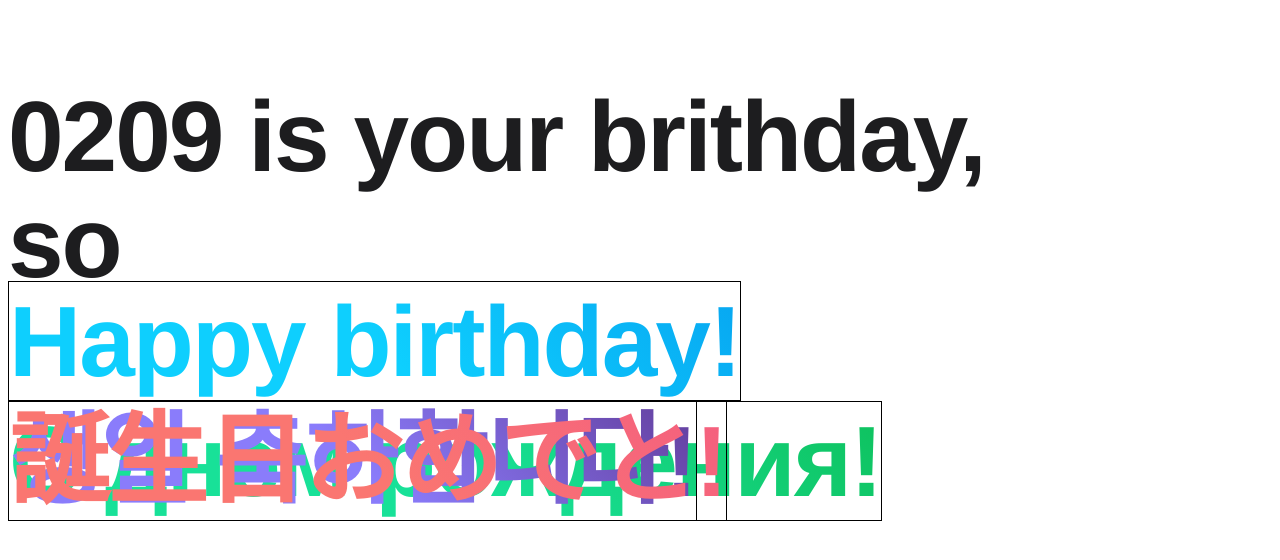
Repository: Caococos/02-09
Page: /
An editor plug-in stored every save of this project. The page is shown before and after the next save, followed by the edit.
The browser window is 1280 px wide. The pictures show the whole page.
The project was rebuilt for these pictures with package versions that can differ from the ones it lists, and the page was loaded fresh each time. Also part of the build but not shown: vue.config.js.

Above is the page before, as saved 2021-06-11 22:25:50.

### src/main.js
/*
 * @Descripttion:
 * @version: 1.0
 * @Author: Zhihaot1
 * @Date: 2021-06-11 21:03:51
 * @LastEditors: Zhihaot1
 * @LastEditTime: 2021-06-11 22:08:57
 */
import Vue from 'vue'
import App from './App.vue'
import router from './router'

Vue.config.productionTip = false
import "assets/css/index.css";
new Vue({
  router,
  render: h => h(App)
}).$mount('#app')

### src/App.vue
<!--
 * @Descripttion:
 * @version: 1.0
 * @Author: Zhihaot1
 * @Date: 2021-06-11 21:03:51
 * @LastEditors: Zhihaot1
 * @LastEditTime: 2021-06-11 21:30:25
-->
<template>
  <div id="app">
    <router-view />
  </div>
</template>

<style>
</style>

### src/router/index.js
/*
 * @Descripttion:
 * @version: 1.0
 * @Author: Zhihaot1
 * @Date: 2021-06-11 21:03:51
 * @LastEditors: Zhihaot1
 * @LastEditTime: 2021-06-11 21:34:08
 */
import Vue from 'vue'
import VueRouter from 'vue-router'
import Home from 'views/home/Home.vue'

Vue.use(VueRouter)

const routes = [
  {
    path: '',
    redirect: '/home'
  },
  {
    path: '/home',
    name: 'Home',
    component: Home
  },
  // {
  //   path: '/about',
  //   name: 'About',
  //   // route level code-splitting
  //   // this generates a separate chunk (about.[hash].js) for this route
  //   // which is lazy-loaded when the route is visited.
  //   component: () => import(/* webpackChunkName: "about" */ '../views/About.vue')
  // }
]

const router = new VueRouter({
  mode: 'history',
  base: process.env.BASE_URL,
  routes
})

export default router

### src/assets/css/index.css
:root {
  --offset: 6px;
}

### src/views/home/Home.vue
<template>
  <div class="home">
    <h2>0209 is your brithday, so
      <div class="mask">
        <span data-show>Happy birthday!</span>
        <span>С днем рождения!</span>
        <span>생일 축하합니다!</span>
        <span>誕生日おめでと!</span>
      </div>
    </h2>
  </div>
</template>

<script>

export default {
  name: 'Home',
  mounted() {
    // this.move()
  },
  methods: {
    move() {
      setInterval(function () {
        const show = document.querySelector('span[data-show]')
        const next = show.nextElementSibling || document.querySelector('span:first-child')
        const up = document.querySelector('span[data-up]')

        if (up) {
          up.removeAttribute('data-up')
        }
        show.removeAttribute('data-show')
        show.setAttribute('data-up', '')

        next.setAttribute('data-show', '')
      }, 2000)
    }
  }
}
</script>
<style scoped>
h2 {
  width: 980px;
  font-size: 100px;
  font-family: Helvetica;
  line-height: 1.06;
  letter-spacing: -0.02em;
  color: #1d1d1f;
}

.mask {
  margin-top: var(--offset);
  height: 106px;
  position: relative;
  /* overflow: hidden; */
}

.mask span {
  border: 1px solid #000;
  display: block;
  padding-top: var(--offset);
  padding-bottom: var(--offset);
  box-sizing: border-box;
  position: absolute;
  top: 100px;

  background-size: 100% 100%;
  -webkit-background-clip: text;
  background-clip: text;
  -webkit-text-fill-color: transparent;
  background-repeat: no-repeat;
}

.mask span[data-show] {
  transform: translateY(-100%);
  transition: 0.5s transform ease-in-out;
}

.mask span[data-up] {
  transform: translateY(-200%);
  transition: 0.5s transform ease-in-out;
}

.mask span:nth-child(1) {
  background-image: linear-gradient(45deg, #0ecffe 50%, #07a6f1);
}

.mask span:nth-child(2) {
  background-image: linear-gradient(45deg, #18e198 50%, #0ec15d);
}

.mask span:nth-child(3) {
  background-image: linear-gradient(45deg, #8a7cfb 50%, #633e9c);
}

.mask span:nth-child(4) {
  background-image: linear-gradient(45deg, #fa7671 50%, #f45f7f);
}
</style>

Loaded but not shown: public/index.html (common file)

After the next save:
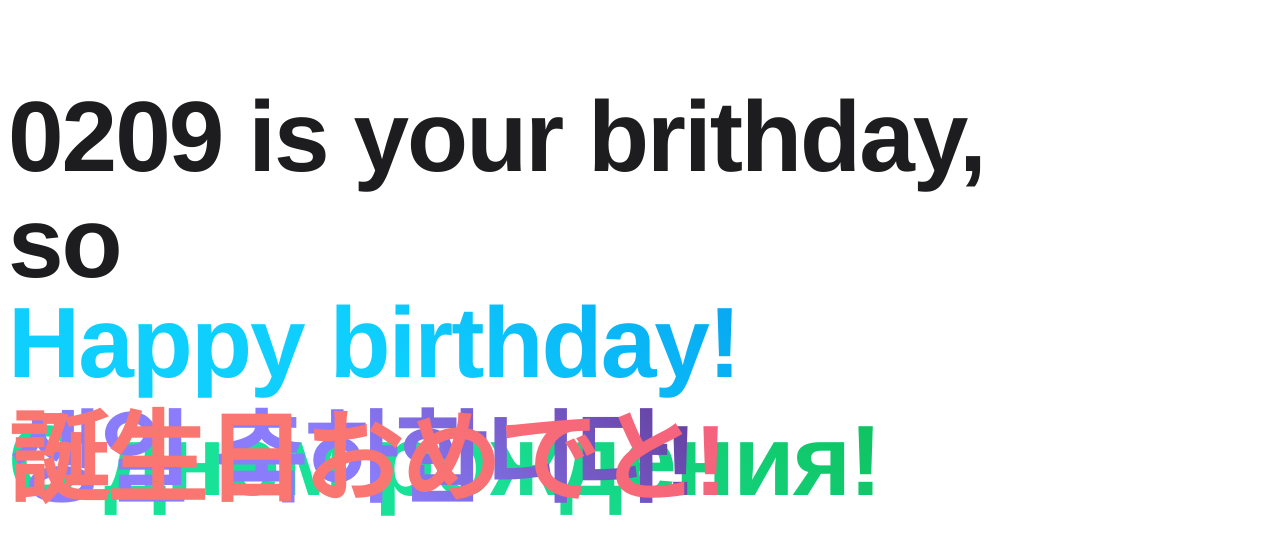
Saved 6 s later.
--- a/src/views/home/Home.vue
+++ b/src/views/home/Home.vue
@@ -55,7 +55,6 @@ h2 {
 }
 
 .mask span {
-  border: 1px solid #000;
   display: block;
   padding-top: var(--offset);
   padding-bottom: var(--offset);
